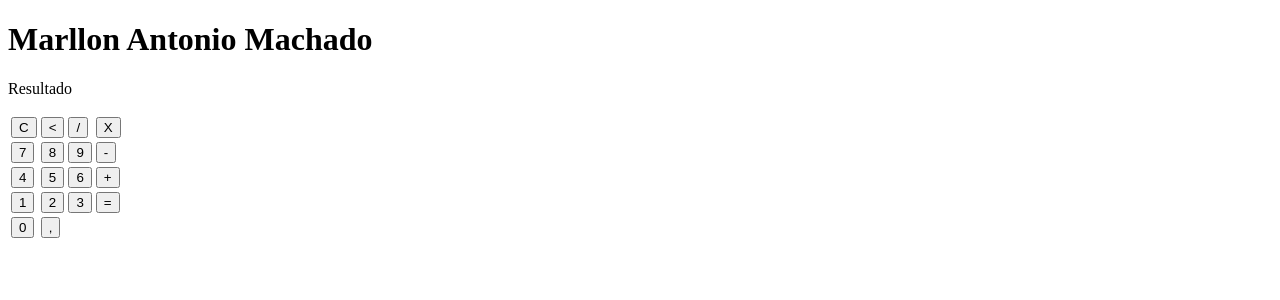
Repository: marllon-hetzler/calculadora.js
Page: interface.html
An editor plug-in stored every save of this project. The page is shown before and after the next save, followed by the edit.
The browser window is 1280 px wide. The pictures show the whole page.

Above is the page before, as saved 2022-11-04 19:05:01.

### interface.html
<!DOCTYPE html>
<html lang="en">
<head>
    <meta charset="UTF-8">
    <meta http-equiv="X-UA-Compatible" content="IE=edge">
    <meta name="viewport" content="width=, initial-scale=1.0">
    <title>Document</title>
</head>
<body>
    <div class="fundo">
    <h1>Marllon Antonio Machado</h1>
    <div class="calculadora">
        <p>Resultado</p>
        <table>
            <tr>
                <td><button>C</button></td>
                <td><button><</button></td>
                <td><button>/</button></td>
                <td><button>X</button></td>
            </tr>

            <tr>
                <td><button>7</button></td>
                <td><button>8</button></td>
                <td><button>9</button></td>
                <td><button>-</button></td>
            </tr>

            <tr>
                <td><button>4</button></td>
                <td><button>5</button></td>
                <td><button>6</button></td>
                <td><button>+</button></td>
            </tr>

            <tr>
                <td><button>1</button></td>
                <td><button>2</button></td>
                <td><button>3</button></td>
                <td><button>=</button></td>
            </tr>

            <tr>
                <td><button>0</button></td>
                <td><button>,</button></td>

            </tr>
        </table>
    </div>
    </div>
</body>
</html>

After the next save:
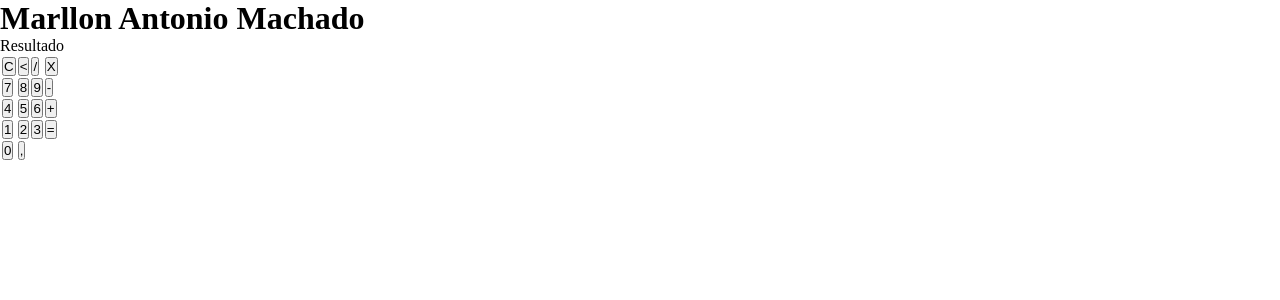
Saved 92 s later.
--- a/interface.html
+++ b/interface.html
@@ -7,6 +7,12 @@
     <title>Document</title>
 </head>
 <body>
+    <style>
+        *{
+            margin: 0;
+            padding: 0;
+        }
+    </style>
     <div class="fundo">
     <h1>Marllon Antonio Machado</h1>
     <div class="calculadora">
